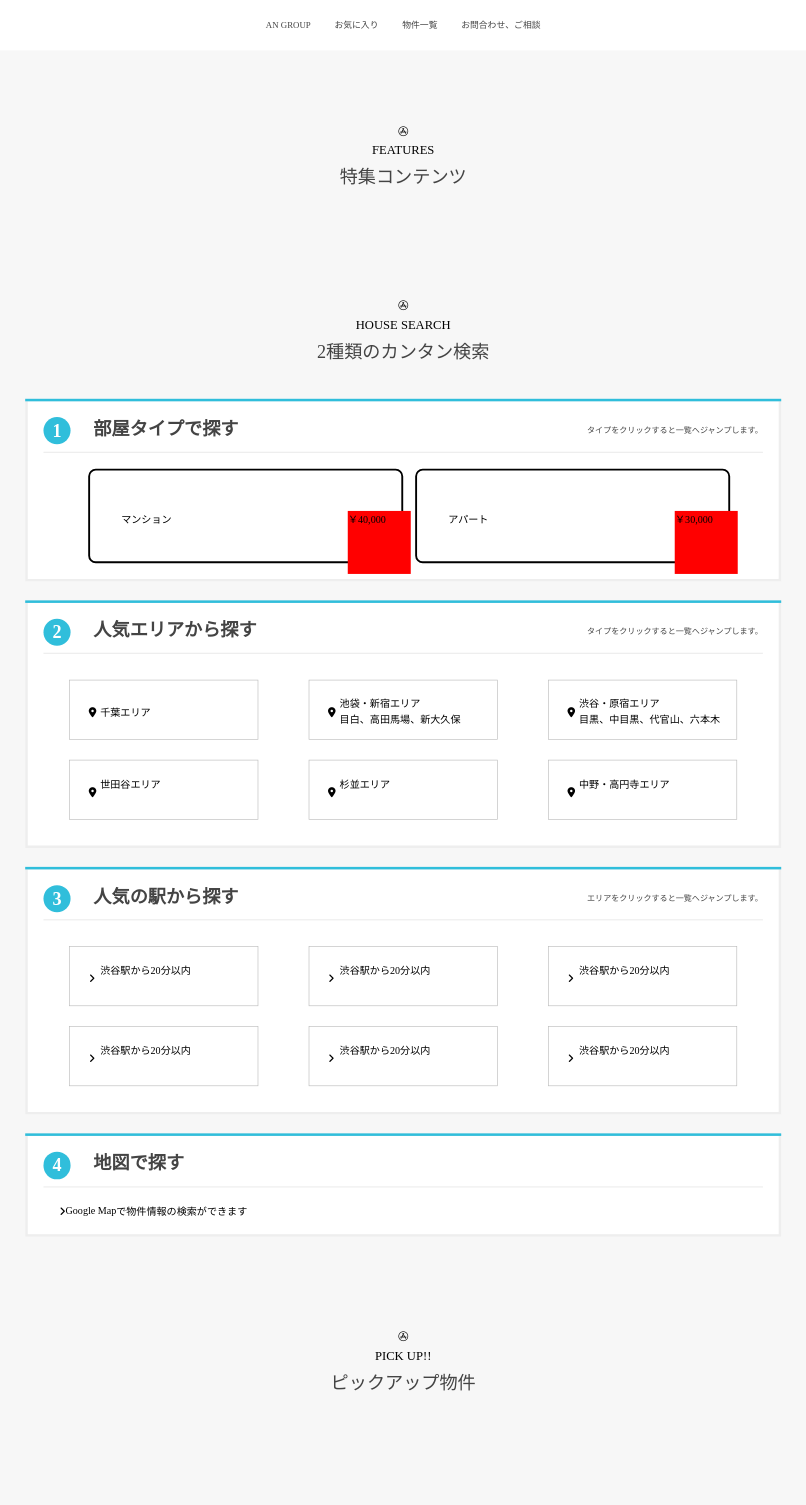
Repository: ninhdavid/real-estate
Page: index.html
The author's editor kept a copy of each file at every save. The page is drawn from the files as they stood at one save, then again after a run of saves.
The browser window is 1280 px wide. The pictures show the whole page, at 63% of full size.
Some web libraries are served in a nearby version. The style sheet was rebuilt from its Sass, Less or Tailwind sources for each picture, by a compiler version that may differ from the author's.

Above is the page before, as saved 2022-05-27 19:47:58.

### index.html
<!DOCTYPE html>
<html lang="en">

<head>
    <meta charset="UTF-8">
    <meta http-equiv="X-UA-Compatible" content="IE=edge">
    <meta name="viewport" content="width=device-width, initial-scale=1.0">
    <link rel="stylesheet" href="css/main.css">
    <script src="https://kit.fontawesome.com/691ec27588.js" crossorigin="anonymous"></script>
    <title>Document</title>
</head>

<body>
    <div class="main-container">
        <div class="header">
            <div class="img-header"></div>
        </div>
        <div class="main-nav">
            <ul id="nav">
                <li><a class="nav-img" href="#">
                        <!-- <img src="./asset/img/logo/logo-edited.png" alt=""> -->
                        AN GROUP
                    </a></li>
                <li><a href="#">お気に入り</a></li>
                <li><a href="#">物件一覧</a></li>
                <li><a href="#">お問合わせ、ご相談</a></li>
            </ul>
        </div>
        <div class="content">
            <div class="content-section">
                <div class="title-section">
                    <i class="fa-brands fa-app-store"></i>
                    <p>FEATURES</p>
                    <p>特集コンテンツ</p>
                </div>
                <div id="slider"> </div>
            </div>
            <div class="content-section search-section">
                <div class="title-section">
                    <i class="fa-brands fa-app-store"></i>
                    <p>HOUSE SEARCH</p>
                    <p>2種類のカンタン検索</p>
                </div>
                <div class="content-area">
                    <div class="content-box">
                        <div class="title-area">
                            <h3>
                                <span>1</span>
                                部屋タイプで探す
                            </h3>
                            <p>タイプをクリックすると一覧へジャンプします。</p>
                        </div>
                        <div class="type-list">
                            <div class="type-list-des house-type">
                                <div class="list-bg"></div>
                                <p class="list-title">マンション</p>
                                <p class="list-price">￥40,000</p>
                            </div>
                            <div class="type-list-des house-type">
                                <div class="list-bg"></div>
                                <p class="list-title">アパート</p>
                                <p class="list-price">￥30,000</p>
                            </div>
                        </div>
                    </div>
                    <div class="content-box">
                        <div class="title-area">
                            <h3>
                                <span>2</span>
                                人気エリアから探す
                            </h3>
                            <p>タイプをクリックすると一覧へジャンプします。</p>
                        </div>
                        <div class="type-list location-list">
                            <div class="type-list-des location-des location-des-center">
                                <i class="fa-solid fa-location-dot"></i>
                                <p>千葉エリア</p>
                            </div>
                            <div class="type-list-des location-des">
                                <i class="fa-solid fa-location-dot"></i>
                                <p>池袋・新宿エリア</p>
                                <p>目白、高田馬場、新大久保</p>
                            </div>
                            <div class="type-list-des location-des">
                                <i class="fa-solid fa-location-dot"></i>
                                <p>渋谷・原宿エリア</p>
                                <p>目黒、中目黒、代官山、六本木</p>
                            </div>
                            <div class="type-list-des location-des">
                                <i class="fa-solid fa-location-dot"></i>
                                <p>世田谷エリア</p>
                                <p></p>
                            </div>
                            <div class="type-list-des location-des">
                                <i class="fa-solid fa-location-dot"></i>
                                <p>杉並エリア</p>
                                <p></p>
                            </div>
                            <div class="type-list-des location-des">
                                <i class="fa-solid fa-location-dot"></i>
                                <p>中野・高円寺エリア</p>
                            </div>
                        </div>
                    </div>
                    <div class="content-box">
                        <div class="title-area">
                            <h3>
                                <span>3</span>
                                人気の駅から探す
                            </h3>
                            <p>エリアをクリックすると一覧へジャンプします。</p>
                        </div>
                        <div class="type-list station-list">
                            <div class="type-list-des station-des">
                                <i class="fa-solid fa-angle-right"></i>
                                <p>渋谷駅から</p>
                                <p>20分以内</p>
                            </div>
                            <div class="type-list-des station-des">
                                <i class="fa-solid fa-angle-right"></i>
                                <p>渋谷駅から</p>
                                <p>20分以内</p>
                            </div>
                            <div class="type-list-des station-des">
                                <i class="fa-solid fa-angle-right"></i>
                                <p>渋谷駅から</p>
                                <p>20分以内</p>
                            </div>
                            <div class="type-list-des station-des">
                                <i class="fa-solid fa-angle-right"></i>
                                <p>渋谷駅から</p>
                                <p>20分以内</p>
                            </div>
                            <div class="type-list-des station-des">
                                <i class="fa-solid fa-angle-right"></i>
                                <p>渋谷駅から</p>
                                <p>20分以内</p>
                            </div>
                            <div class="type-list-des station-des">
                                <i class="fa-solid fa-angle-right"></i>
                                <p>渋谷駅から</p>
                                <p>20分以内</p>
                            </div>
                        </div>
                    </div>
                    <div class="content-box">
                        <div class="title-area">
                            <h3>
                                <span>4</span>
                                地図で探す
                            </h3>
                        </div>
                        <div class="type-list map-list">
                            <i class="fa-solid fa-angle-right"></i>
                            <p>Google Map</p>
                            <p>で物件情報の検索ができます</p>
                        </div>
                    </div>
                </div>
            </div>
            <div class="content-section">
                <div class="title-section">
                    <i class="fa-brands fa-app-store"></i>
                    <p>PICK UP!!</p>
                    <p>ピックアップ物件</p>
                </div>
                <div></div>
            </div>
        </div>

    </div>



</body>
<script src="asset/java-script/chat-online.js"></script>

</html>

### css/main.scss


*{
    padding: 0;
    margin: 0;
    box-sizing: border-box;
}

.main-nav{
    // height: 85px;
    background-color: #fff;
    width: 100%;
    z-index:10;
    height: 5em;
    text-align: center;
}
#nav{
    display:inline-block;
}
#nav,
.subnav {
    list-style-type: none;
}
#nav > li{
    display:inline-block;
}
#nav  li{
    position: relative;
    top:11px;
}
#nav li a{
    display: block;
    text-decoration: none;
    line-height: 24px;
    font-size: 14px;
    padding: 1.2em;
}
#nav>li>a{
    color: rgb(68,68,68);
    text-transform: uppercase;
}
// .nav-img{
//     background-image: url("/asset/img/logo/logo-edited.png");
//     height:80px;
//     width: 100px;
//     padding: 5px 0;
//     background-position: center; /* Center the image */
//     background-repeat: no-repeat; /* Do not repeat the image */
//     background-size: cover;
// }
.content{
    background-color: #f7f7f7;
    padding: 60px 5px;
}
.content-section{
    display: block;
    text-align: center;
    padding:60px 0;
}
.title-section{

}
.search-section{

}
.title-section i {

}
.tittle-section p{
    font-weight: bold;
}
.title-section>p:nth-of-type(1){
    font-size: 1.25em;
    line-height: 1;
    padding: 10px 0;
}
.title-section p:nth-of-type(2){
    font-size: 1.8em;
    // font-size: 32px;
    color: #444444;
    padding-bottom: 2em;
}
.content-area{
    width: 1200px;
    margin: 0 auto;
}

.content-box{
    // display:relative;
    width: 100%;
    padding: 25px;
    border: 4px solid #eeeeee;
    position: relative;
    margin-bottom:30px;
    background-color: #fff;
}
.content-box:before{
    content: "";
    display: block;
    position: absolute;
    left: -4px;
    top: -4px;
    width: calc(100% + 8px);
    height: 4px;
    background-color: #30bedb;
}
.content-box p {
    display: inline-block;
}
.title-area{
    display:flex;
    justify-content:space-between;
    // font-size: 1.8em;
    line-height: 1.2;
    text-align: center;
    align-items:center;
    padding-bottom: 0.7em;
    border-bottom: 2px solid #eeeeee;
}
.title-area h3{
    font-size: 1.8em;
    color: #444444;
}
.title-area>h3>span{
    width: 1.5em;
    line-height: 1.5em;
    background-color: #30bedb;
    color: #fff;
    display:inline-block;
    vertical-align: middle;
    margin-right: 1em;
    // font-size: 1.6428571429em;
    // font-size: 1.17em;
    font-weight: bold;
    text-align: center;
    border-radius: 50% 50% 50% 50%;
}
.title-area>p{
    font-size: 0.8em;
    color: #444444;
}
.type-list{
    padding: 25px 25px 0px 25px;
    display: flex;
    flex-wrap: wrap;
    flex-direction:row;
    justify-content: center;
}
.type-list-des{
    width: 500px;
    height:150px;
    position: relative;
}
.house-type{
    margin-left: 1.2em;
    border: 3px solid;
    border-radius: 12px;
}
.type-list-des > i{
    position: absolute;
    left: 10%;
    top: 45%;
}



.list-bg{
    position: absolute;
    background: no-repeat center center / cover;
    transition: all 0.3s ease;
    background-color: red;
}
.list-title{
    position:absolute;
    left: 10%;
    top: 45%;
}
.list-price{
    position:absolute;
    right: 5%;
    top: 45%;
    z-index: 1;
}
.list-price::before{
    content:"";
    display: block;
    position: absolute;
    background-color: red;
    width:100px;
    height: 100px;
    z-index: -1;
}
.location-des-center>p{
    transform:translateY(55%)
}
.station-list,
.location-list{
    display: flex;
    justify-content:space-between;
}
.station-des
,.location-des{
    border:1px solid #bbbbbb;
    height:95px;
    width:300px;
    margin: 1em;
}
// .station-des i{
//     display:block;
//     float:left;
//     margin-top:15px;
// }
.station-des>p,
.location-des>p{
    float:left;
    position: relative;
    left: 3em;
    top: 1.5em;
}
// .station-list{
//     display: flex;
//     justify-content:space-between;
// }
// .station-des{
//     border:1px solid #bbbbbb;
//     height:95px;
//     width:300px;
//     margin: 1em;
// }

.map-list{
    display: flex;
    justify-content:flex-start;
    align-items:center;
}

Loaded but not shown: asset/java-script/chat-online.js (no stored copy; drawn as an empty file)

After the next 4 saves:
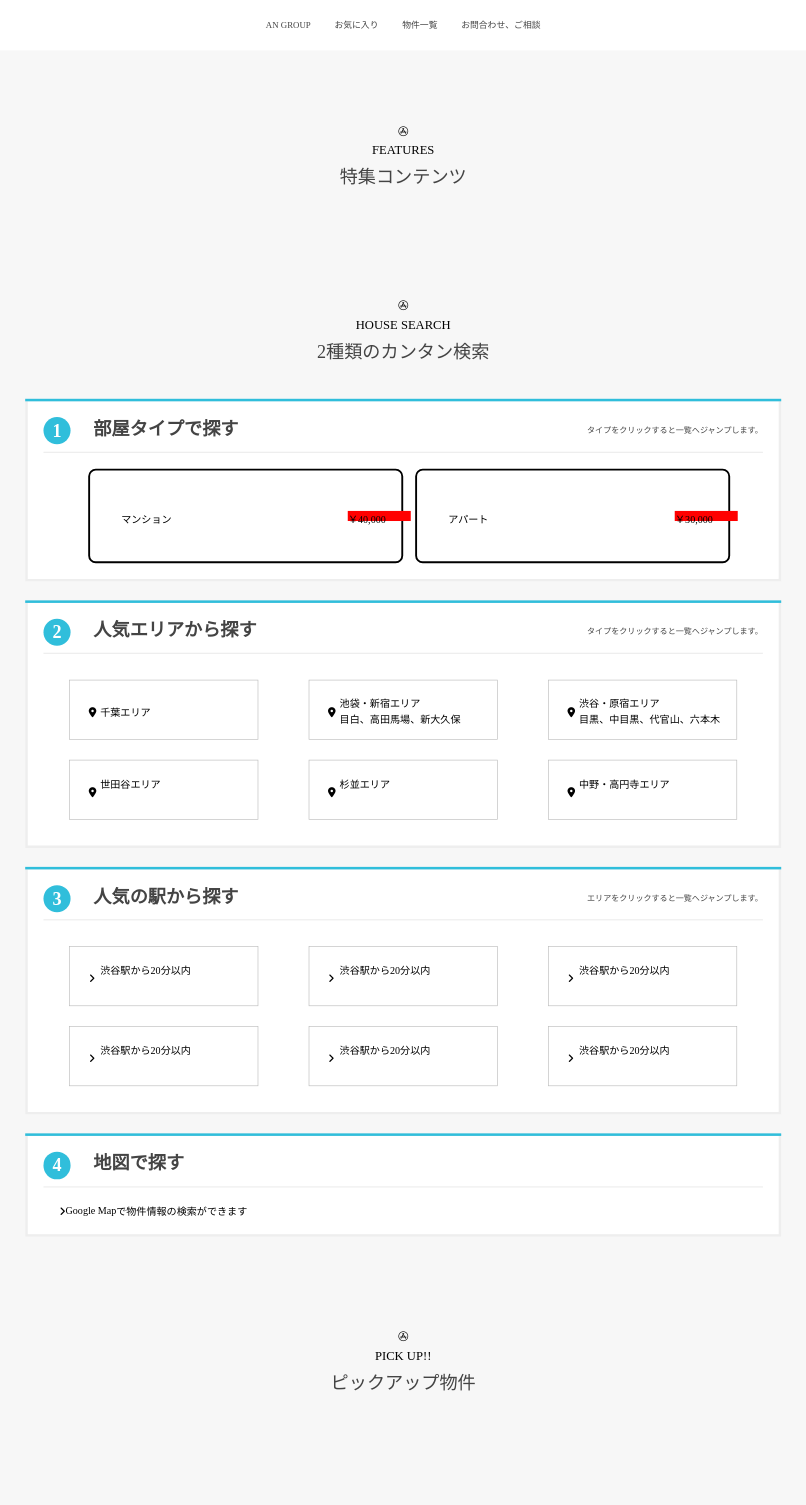
The 4 saves are shown as one change because they came seconds apart.
The last was saved 13 s later.
--- a/css/main.scss
+++ b/css/main.scss
@@ -187,7 +187,7 @@
     position: absolute;
     background-color: red;
     width:100px;
-    height: 100px;
+    height: 1em;
     z-index: -1;
 }
 .location-des-center>p{
